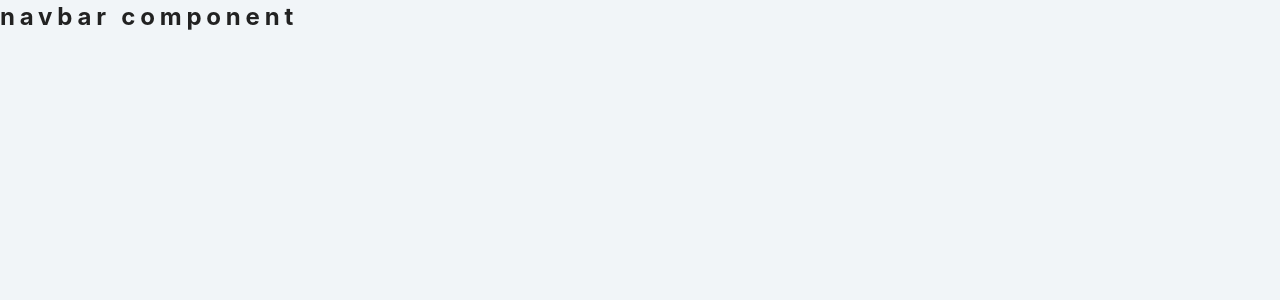
Repository: bodescuanamariia/cocktails
Page: /
These files come from the project's save history. The page is drawn as it stood at one moment and after the next save; the edit follows.
The browser window is 1280 px wide. The pictures show the whole page.
The project was rebuilt for these pictures with package versions that can differ from the ones it lists, and the page was loaded fresh each time. A package was used in the major version that the imports need, not the one package.json lists. Also part of the build but not shown: src/components/Cocktail.js, src/components/Loading.js, src/components/CocktailList.js, src/components/SearchForm.js, src/pages/About.js, src/pages/SingleCocktail.js, src/pages/Error.js.

Above is the page before, as saved 2022-05-05 16:40:34.

### src/App.js
import React from "react";

import { BrowserRouter as Router, Route, Switch } from "react-router-dom";
// import pages
import Home from "./pages/Home";
import About from "./pages/About";
import SingleCocktail from "./pages/SingleCocktail";
import Error from "./pages/Error";
// import components
import Navbar from "./components/Navbar";

function App() {
  return (
    <Router>
      <Navbar />
      <Switch>
        <Route path="/" element={<About />} />
      </Switch>
    </Router>
  );
}

export default App;

Loaded but not shown: public/index.html (common file); src/index.js (common file); src/index.css (common file); src/context.js (common file); src/components/Navbar.js (common file); src/pages/Home.js (common file)

After the next save:
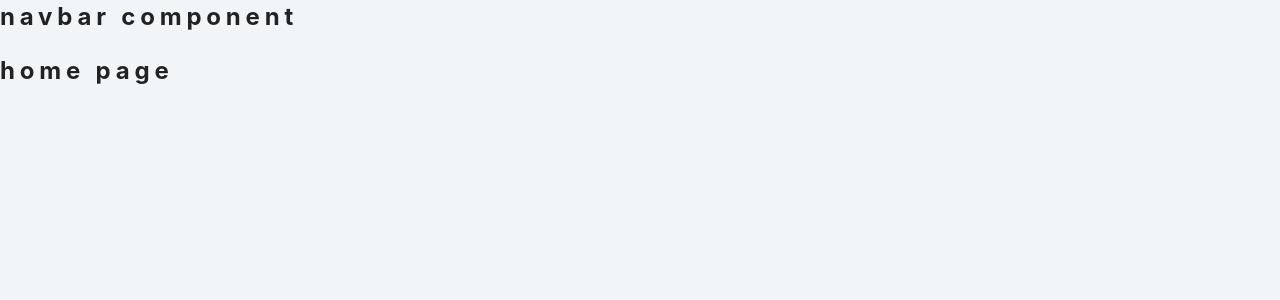
Saved 23 s later.
--- a/src/App.js
+++ b/src/App.js
@@ -14,7 +14,9 @@ function App() {
     <Router>
       <Navbar />
       <Switch>
-        <Route path="/" element={<About />} />
+        <Route excat path="/">
+          <Home />
+        </Route>
       </Switch>
     </Router>
   );
